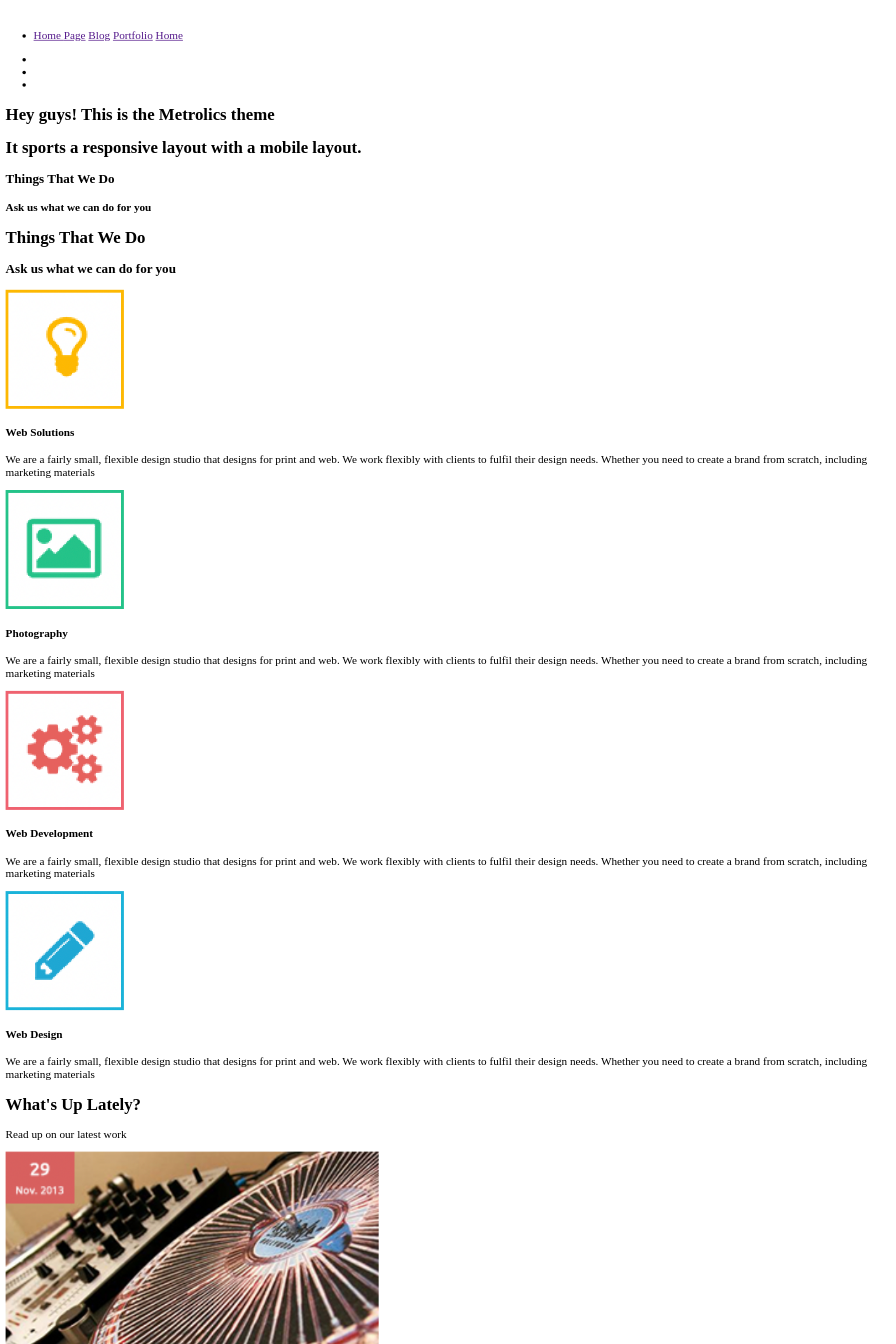
Repository: JerryWuOn/BCITPROJECT1-LAB-03B
Page: index.html
These files come from the project's save history. The page is drawn as it stood at one moment and after the next save; the edit follows.
The browser window is 1280 px wide. The pictures show the part of the page from y = 0 to 1920 px (the page is 9292 px tall before and 9205 px after), at 70% of full size.

Above is the page before, as saved 2023-01-27 18:22:12.

### index.html
<!DOCTYPE html>
<html lang="en">
<head>
  <meta name="viewport" content="width=device-width, initial-scale=1.0">
    <title>Team Jerry and Takami</title>
</head>
<body class="page page--home">

  <header class="page_header">
      <div class="page_header_logo">
        <img src="" alt="">
      </div>
      <section class="home_pages">
        <ul class="page-links">
          <li class="page-links_items">
            <a href="">Home </a>
            <a href="">Page</a>
            <a href="">Blog</a>
            <a href="">Portfolio</a>
            <a href="">Home</a>
          </li>
        </ul>
      </section>
  </header>

  <section class="carousel">
    <ul class="carousel_items">
      <li></li>
      <li></li>
      <li></li>
    </ul>
  </section>

  <section class="comp_name">
    <h1  class="comp_name_header">Hey guys! This is the Metrolics theme</h1>
         <h1  class="comp_name_descritpion">It sports a responsive layout with a mobile layout.</h1>
  </section>

  <section class="comp_description">
    <h3  class="comp_description_header">Things That We Do</h1>
         <h4  class="comp_description_description">Ask us what we can do for you</h1>
  </section>

          <h2>Things That We Do</h2>
            <h3>Ask us what we can do for you</h3>

             <div class="">

                <div>
                   <a><img src="icon1.png" href=""></a>
                   <h4>Web Solutions</h4>
                   <p>We are a fairly small, flexible design studio that designs for print and web. We work flexibly with clients to fulfil their design needs.
                    Whether you need to create a brand from scratch, including marketing materials</p>
                </div>

                <div>
                    <a><img src="icon2.png" href=""></a>
                    <h4>Photography</h4>
                    <p>We are a fairly small, flexible design studio that designs for print and web.
                      We work flexibly with clients to fulfil their design needs. Whether you need to create a brand from scratch, including marketing materials</p>
                 </div>

                 <div>
                    <a><img src="icon3.png" href=""></a>
                    <h4>Web Development</h4>
                    <p>We are a fairly small, flexible design studio that designs for print and web.
                      We work flexibly with clients to fulfil their design needs. Whether you need to create a brand from scratch, including marketing materials</p>
                 </div>

                 <div>
                    <a><img src="icon4.png" href=""></a>
                    <h4>Web Design</h4>
                    <p>We are a fairly small, flexible design studio that designs for print and web. We work flexibly with clients to fulfil their design needs.
                      Whether you need to create a brand from scratch, including marketing materials</p>
                 </div>

                </div>


        <div>
            <h2>What's Up Lately?</h2>
            <p>Read up on our latest work</p>
        </div>

          <div>
            <div><img src="pic.png"></div>
            <div><img src="pic.png"></div>
            <div><img src="pic.png"></div>
          </div>

          <div>
            <h2>Our Latest Project</h2>
            <p>Client happy? We are happy.</p>
          </div>

          <div class="grid">
            <div><img src="pic2.png"></div>
            <div><img src="pic2.png"></div>
            <div><img src="pic2.png"></div>
            <div><img src="pic2.png"></div>
            <div><img src="pic2.png"></div>
            <div><img src="pic2.png"></div>
          </div>



          <div class="button--left">
            <h2>Thingsofabove</h2>
            <p>Music stuff we could not anyolace else</p>

          <div>
            <h2></h2>
              <div>
                <img>
                   <div>
                    <h3></h3>
                    <p></p>
                   </div>
              </div>
          </div>

          <div>
            <h2></h2>
          </div>

          <div>
            <h2></h2>
          </div>

          </div>

                 <div class="button--right">

                 </div>


            <div class="grid-containers2">

              <div><img src="pic2.png"></div>
              <div><img src="pic2.png"></div>
              <div><img src="pic2.png"></div>
              <div><img src="pic2.png"></div>
              <div><img src="pic2.png"></div>

            </div>

        <div>
            <div>
                <a><img></a>
                <p></p>
            </div>

              <div>
                <div>
                    <h4></h4>
                    <hl>
                    <p></p>
                      <div class="grid-containers3">
                        <div><img src="pic2.png"></div>
                        <div><img src="pic2.png"></div>
                        <div><img src="pic2.png"></div>
                        <div><img src="pic2.png"></div>
                        <div><img src="pic2.png"></div>
                      </div>
                </div>

                <div>
                    <h2></h2>
                     <div>
                        <a></a>
                        <a></a>
                        <a></a>
                     </div>
                       <div class="">
                        <a></a>
                        <a></a>
                        <a></a>
                       </div>
                </div>

                <div>
                    <h2></h2>
                        <div>
                            <div></div>
                            <p></p>
                        </div>

                          <div>
                            <div></div>
                            <p></p>
                          </div>
                </div>

                <div>
                    <h2></h2>
                    <p></p>
                    <p></p><a></a>
                </div>
              </div>
        </div>
</body>
</html>

After the next save:
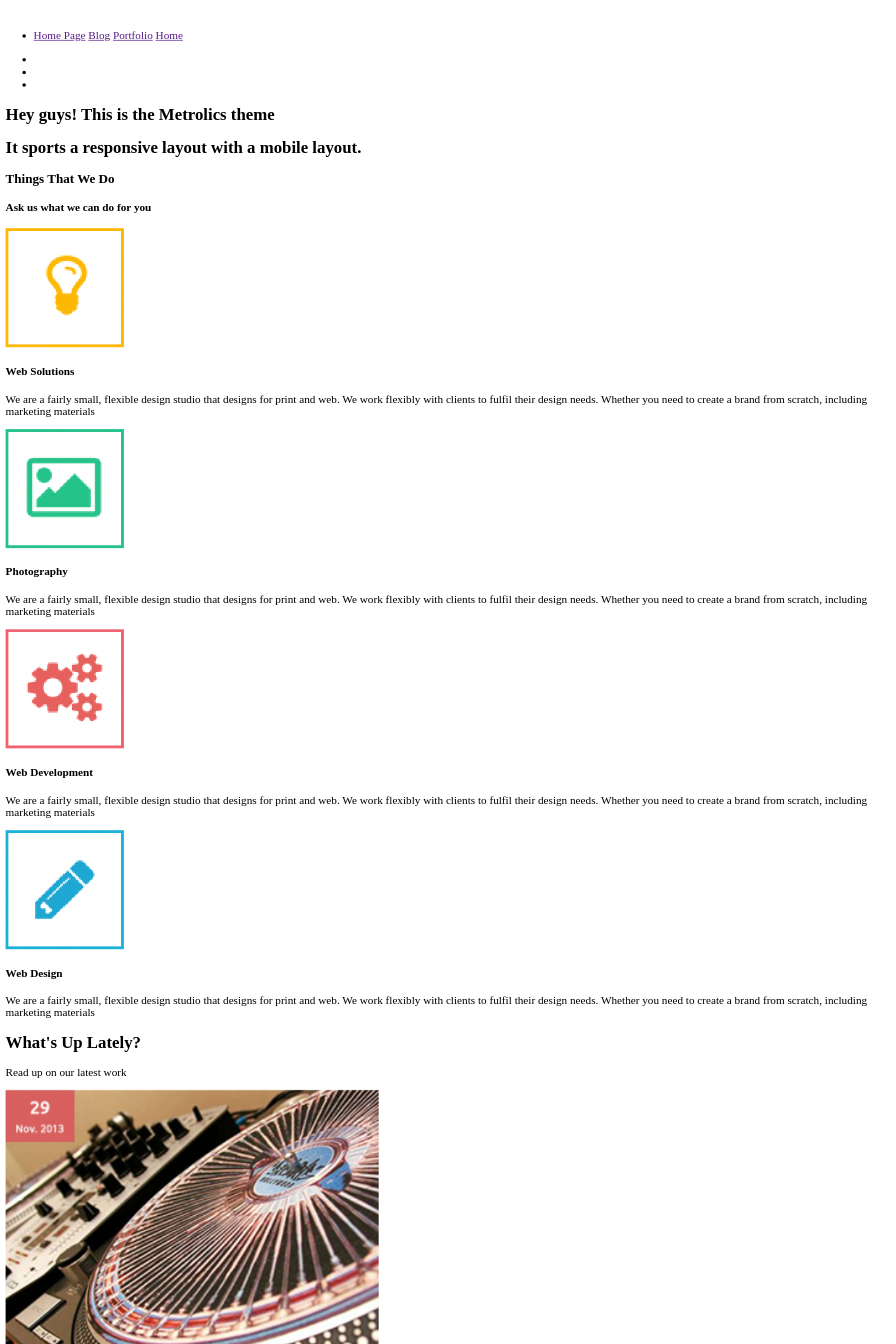
Saved 24 s later.
--- a/index.html
+++ b/index.html
@@ -40,9 +40,6 @@
     <h3  class="comp_description_header">Things That We Do</h1>
          <h4  class="comp_description_description">Ask us what we can do for you</h1>
   </section>
-
-          <h2>Things That We Do</h2>
-            <h3>Ask us what we can do for you</h3>
 
              <div class="">
 
